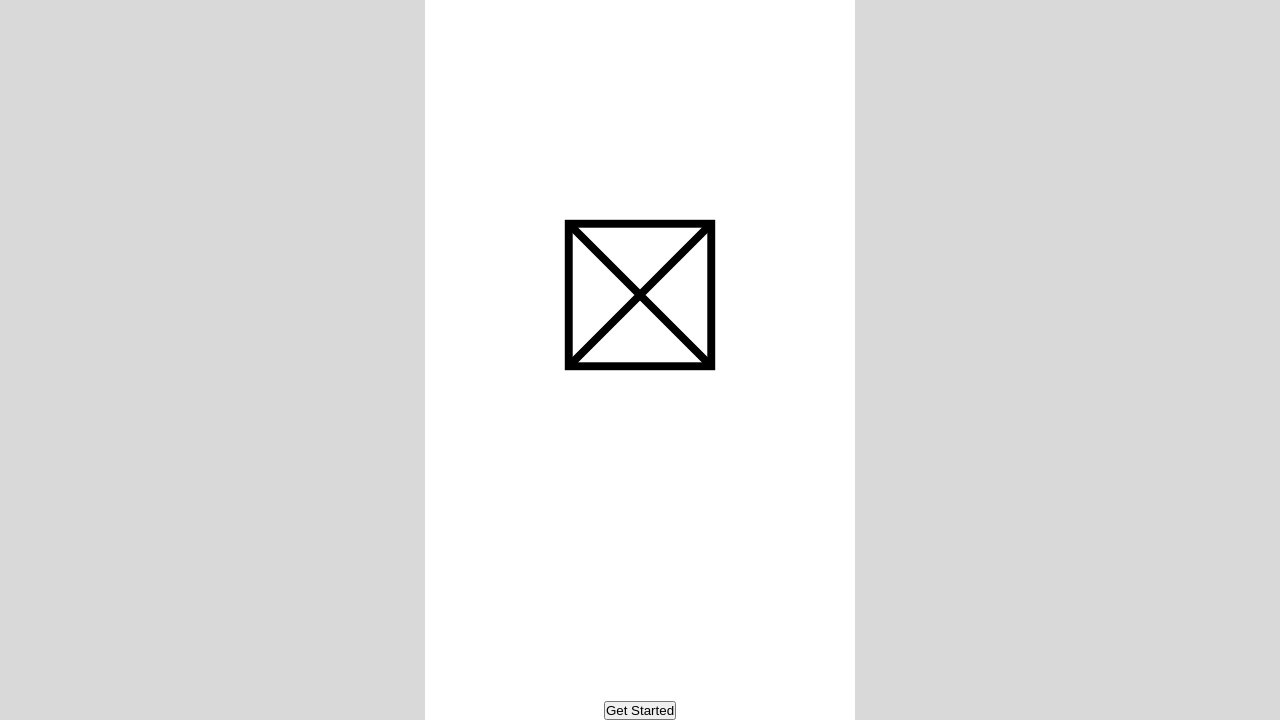
Repository: Michelle2317/CalmQuest
Page: /Onboarding
An editor plug-in stored every save of this project. The page is shown before and after the next save, followed by the edit.
The browser window is 1280 px wide. The pictures show the whole page.
The project was rebuilt for these pictures with package versions that can differ from the ones it lists, and the page was loaded fresh each time. The framework's server and built-in components were replaced by stand-ins that run in the browser. Also part of the build but not shown: next.config.mjs, components/ButtonPrimary/ButtonPrimary.module.css, components/ButtonPrimary/index.js, components/ButtonSecondary/ButtonSecondary.module.css, components/ButtonSecondary/index.js, components/Navbar/Navbar.module.css, components/Navbar/index.js, components/Tabbar/Tabbar.module.css and 1 more.

Above is the page before, as saved 2024-03-28 13:27:15.

After the next save:
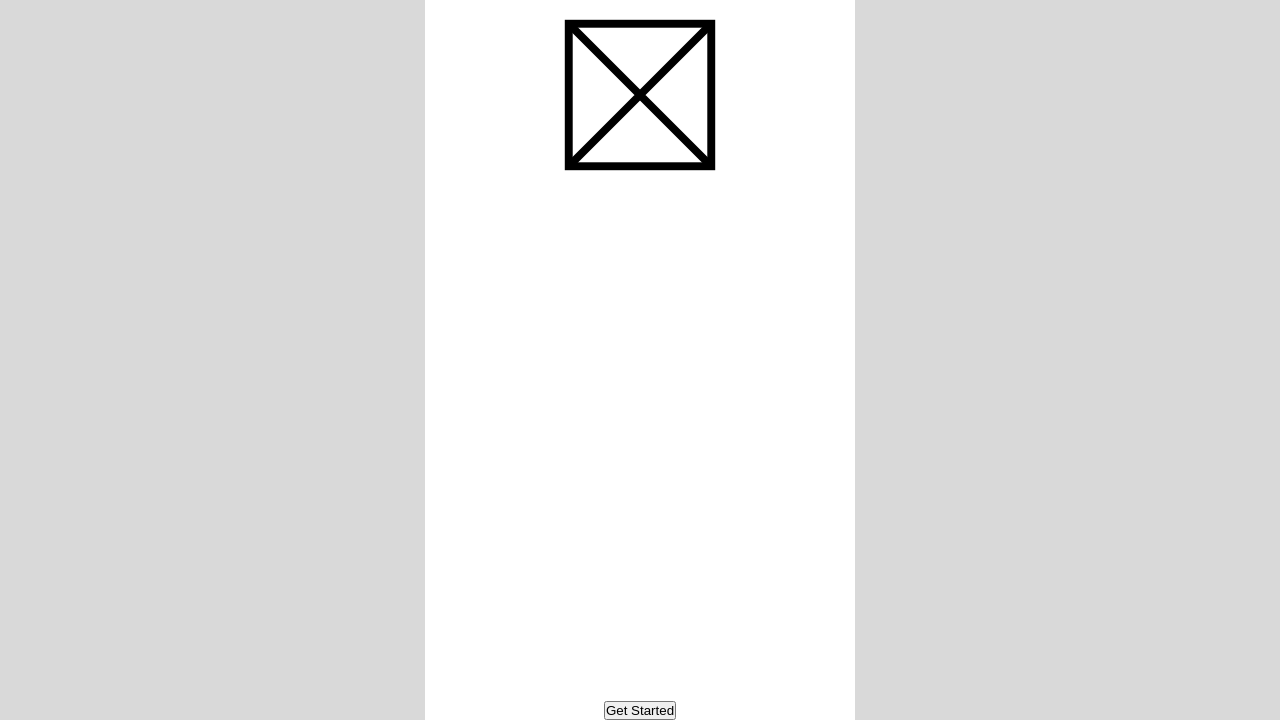
Saved 13 min 40 s later.
--- a/styles/Home.module.css
+++ b/styles/Home.module.css
@@ -24,9 +24,9 @@
 
 
 /*Onboarding*/
-.placeholder {
+/* .placeholder {
 	padding-top: 200px;
-}
+} */
 
 .calmQuest {
 	margin-top: -220px;
@@ -35,3 +35,41 @@
 .getStartedButton {
 
 }
+
+/*home content*/
+.helloContainer {
+	display: flex;
+	flex-direction: row;
+	align-items: center;
+	gap: 48px;
+}
+
+.mainHello {
+	font-size: var(--title2);
+}
+
+.mainQuote, .checkIn {
+	font-size: var(--body-3-small);
+}
+
+.journalingContainer {
+	width: 398px;
+}
+
+.explore, .prompt {
+	font-size: var(--body-1-large);
+	font-weight: bold;
+}
+
+.quote {
+	font-size: var(--body2);
+}
+
+.write {
+	text-align: right;
+}
+
+.exerciseCarousel {
+	display: flex;
+	flex-direction: row;
+}
